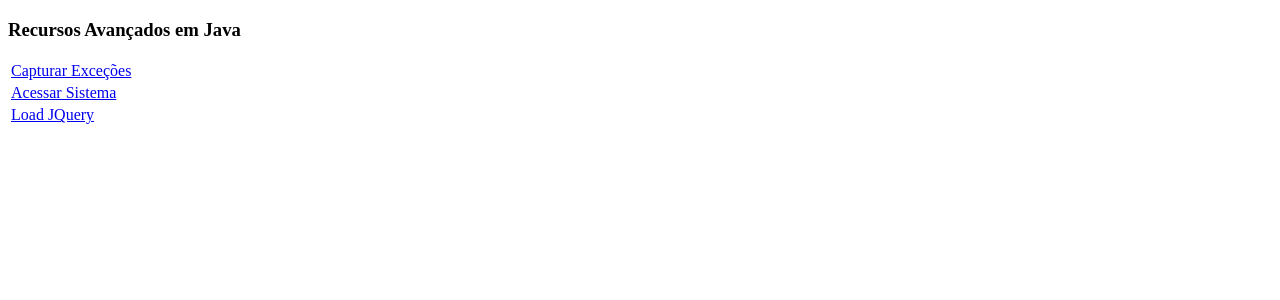
Repository: VictorGOrellana/RecursosJava
Page: http://localhost/curso.edu/
An editor plug-in stored every save of this project. The page is shown before and after the next save, followed by the edit.
The browser window is 1280 px wide. The pictures show the whole page.
The page is served by Tomcat 9. Nobody is signed in. The application's start-up code is not run.

Above is the page before, as saved 2019-07-25 17:55:54.

After the next save:
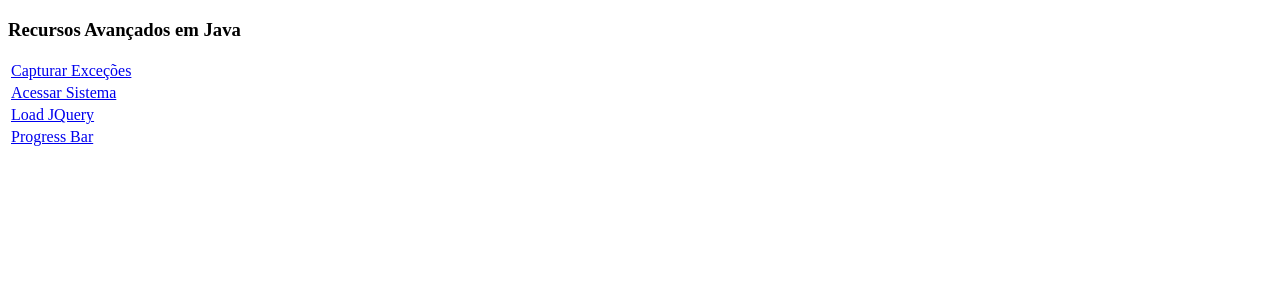
Saved 2 min 57 s later.
--- a/curso.edu/WebContent/index.jsp
+++ b/curso.edu/WebContent/index.jsp
@@ -15,17 +15,21 @@
 
 	<table>
 		<tr>
-			<td><a href="/curso.edu/pages/capturarExcecoes.jsp">Capturar
+			<td><a href="pages/capturarExcecoes.jsp">Capturar
 					Exceções</a></td>
 		</tr>
 		<tr>
-			<td><a href="/curso.edu/pages/acessoAoSistema.jsp">Acessar
+			<td><a href="pages/acessoAoSistema.jsp">Acessar
 					Sistema</a></td>
 		</tr>
 
 		<tr>
 			<td><a href="pages/paginaPai.jsp">Load JQuery</a></td>
 		</tr>
+
+		<tr>
+			<td><a href="pages/paginaPai.jsp">Progress Bar</a></td>
+		</tr>
 	</table>
 
 </body>
